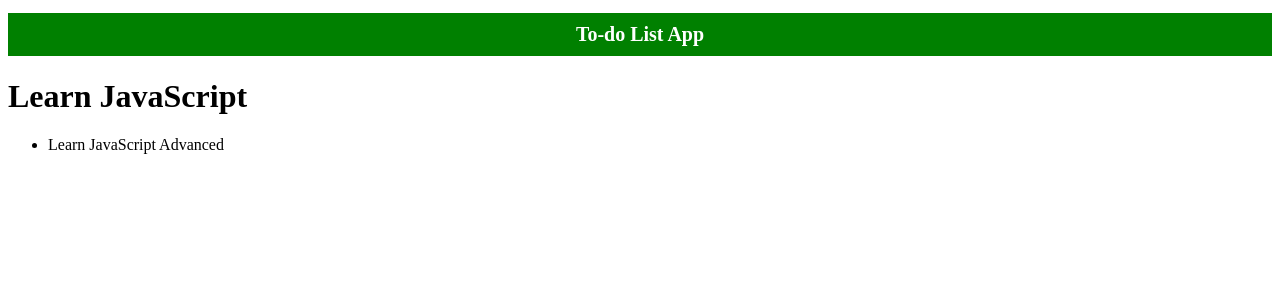
Repository: binhphanbp/WEB2064_JavaScript-Advanced_WD20305
Page: lesson4/lesson4.html
The author's editor kept a copy of each file at every save. The page is drawn from the files as they stood at one save, then again after a run of saves.
The browser window is 1280 px wide. The pictures show the whole page.

Above is the page before, as saved 2025-09-22 13:04:08.

### lesson4/lesson4.html
<!DOCTYPE html>
<html lang="en">
  <head>
    <meta charset="UTF-8" />
    <meta name="viewport" content="width=device-width, initial-scale=1.0" />
    <title>Document</title>

    <style>
      .styleH1 {
        padding: 10px;
        text-align: center;
      }

      .anotherStyleH1 {
        box-shadow: 5px 5px 10px gray;
      }
    </style>
  </head>
  <body>
    <h1 id="h1Tag">To-do List App</h1>
    <div id="divTodo"></div>
    <ul id="ulTag"></ul>

    <script>
      const h1Tag = document.getElementById('h1Tag');
      const divTodo = document.getElementById('divTodo');
      const ulTag = document.getElementById('ulTag');

      // 1. Sử dụng style
      h1Tag.style = 'background-color: green; color: white';
      h1Tag.style.fontSize = '20px';

      // 2. Sử dụng với className
      h1Tag.className = 'styleH1';

      // 3. Sử dụng classList
      h1Tag.classList.add('anotherStyleH1');
      h1Tag.classList.remove('anotherStyleH1');

      // 4. Thêm một phần tử mới
      const liTag = document.createElement('li');
      liTag.innerText = 'Learn JavaScript Advanced';
      ulTag.appendChild(liTag);

      // 5. Sử dụng innerHTML
      divTodo.innerHTML = '<h1>Learn JavaScript</h1>';
    </script>
  </body>
</html>

After the next 2 saves:
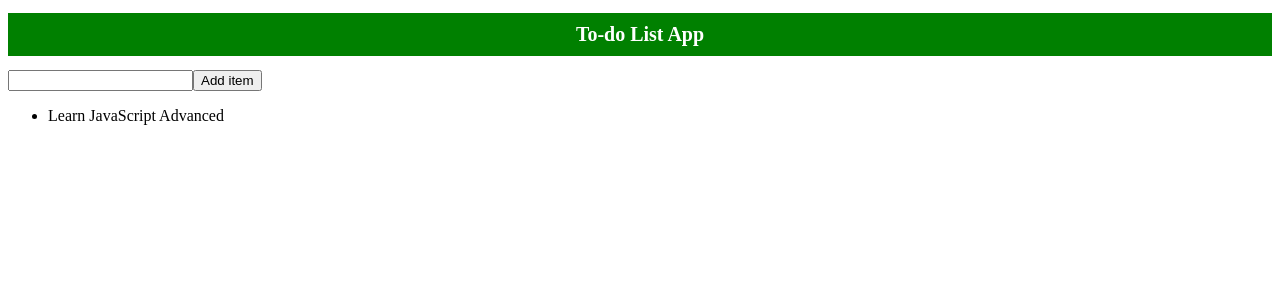
The 2 saves are shown as one change because they came seconds apart.
The last was saved 77 s later.
--- a/lesson4/lesson4.html
+++ b/lesson4/lesson4.html
@@ -42,8 +42,12 @@
       liTag.innerText = 'Learn JavaScript Advanced';
       ulTag.appendChild(liTag);
 
-      // 5. Sử dụng innerHTML
-      divTodo.innerHTML = '<h1>Learn JavaScript</h1>';
+      // 5. Thêm nút và input vào div
+      const inputTag = document.createElement('input');
+      const buttonTag = document.createElement('button');
+      buttonTag.innerText = 'Add item';
+      divTodo.appendChild(inputTag);
+      divTodo.appendChild(buttonTag);
     </script>
   </body>
 </html>
